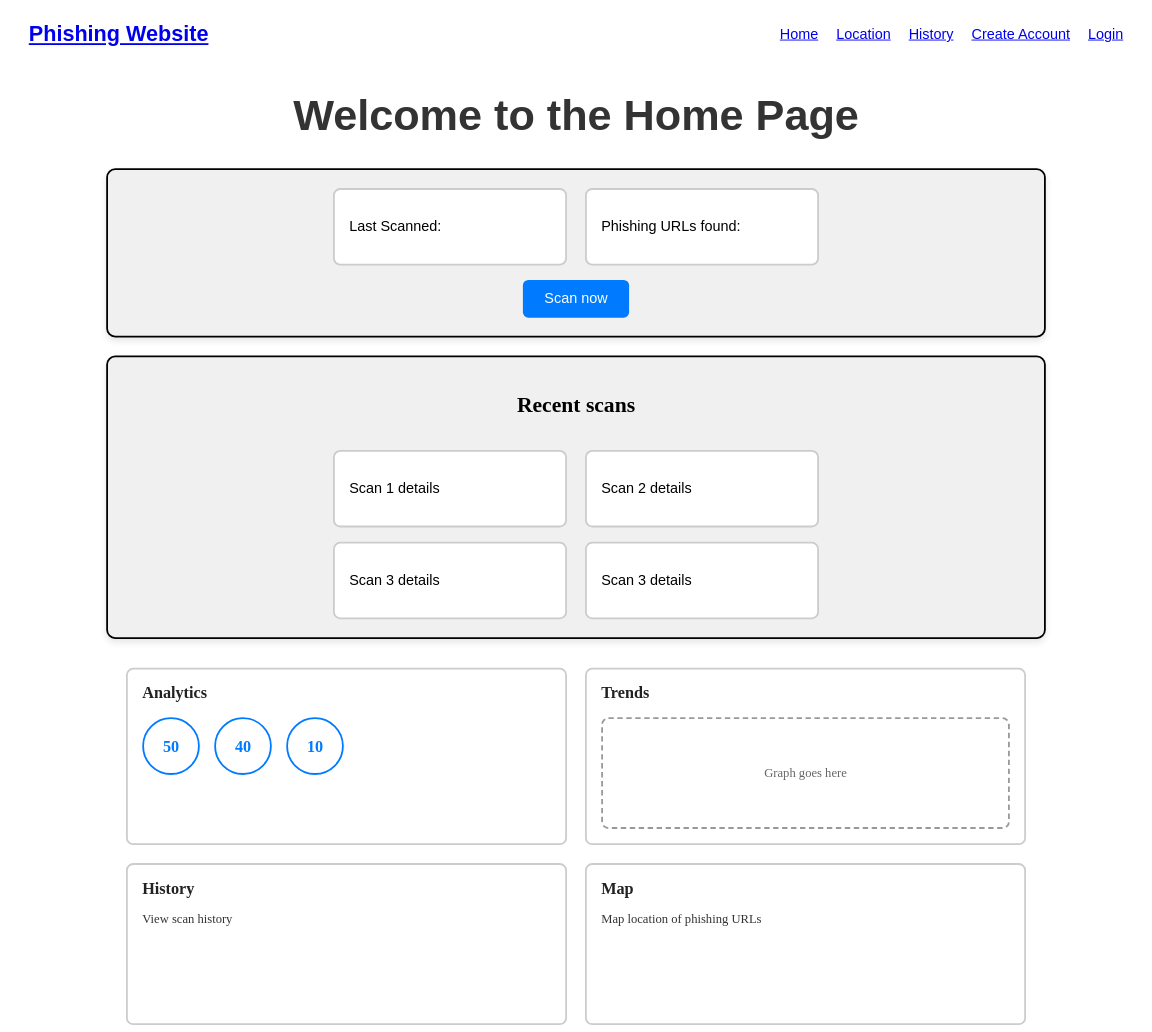
Repository: 2305199/Final-year-project
Page: / (app in frontend/)
These files come from the project's save history. The page is drawn as it stood at one moment and after the next save; the edit follows.
The browser window is 1280 px wide. The pictures show the whole page, at 90% of full size.
The project was rebuilt for these pictures with package versions that can differ from the ones it lists, and the page was loaded fresh each time. Also part of the build but not shown: frontend/vite.config.js, frontend/src/Location/Location.jsx, frontend/src/History/History.jsx, frontend/src/User/CreateAccount.jsx, frontend/src/User/Login.jsx.

Above is the page before, as saved 2026-01-29 02:19:42.

After the next save:
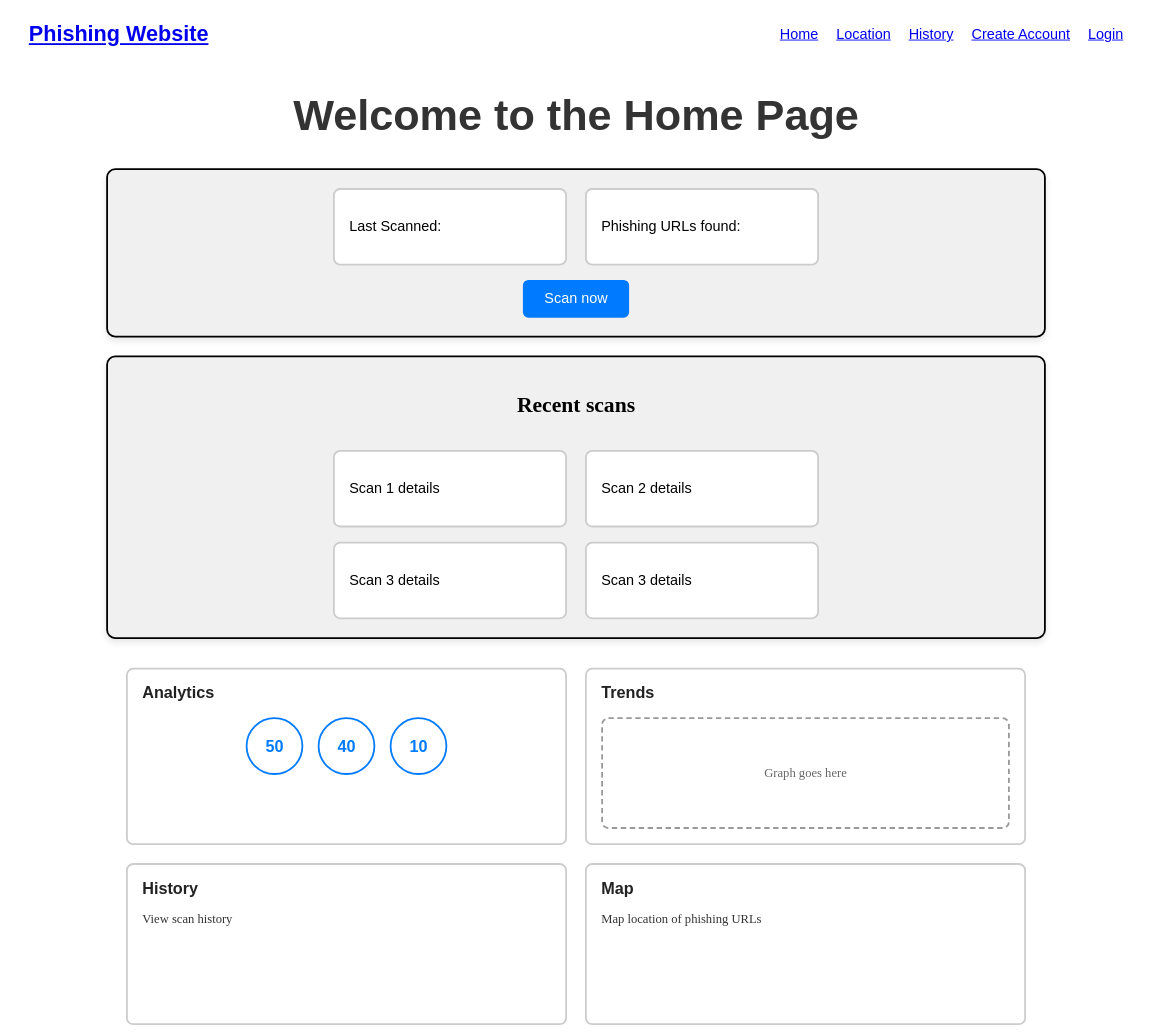
Saved 86 s later.
--- a/frontend/src/Home/Home.module.css
+++ b/frontend/src/Home/Home.module.css
@@ -110,12 +110,15 @@
   font-size: 18px;
   font-weight: 600;
   color: #222;
+  font-family: Arial, sans-serif;
 }
 
 .analyticsCircles {
   display: flex;
   gap: 16px;
   flex-wrap: wrap;
+  justify-content: center;
+  font-family: Arial, Helvetica, sans-serif;
 }
 
 .circle {
